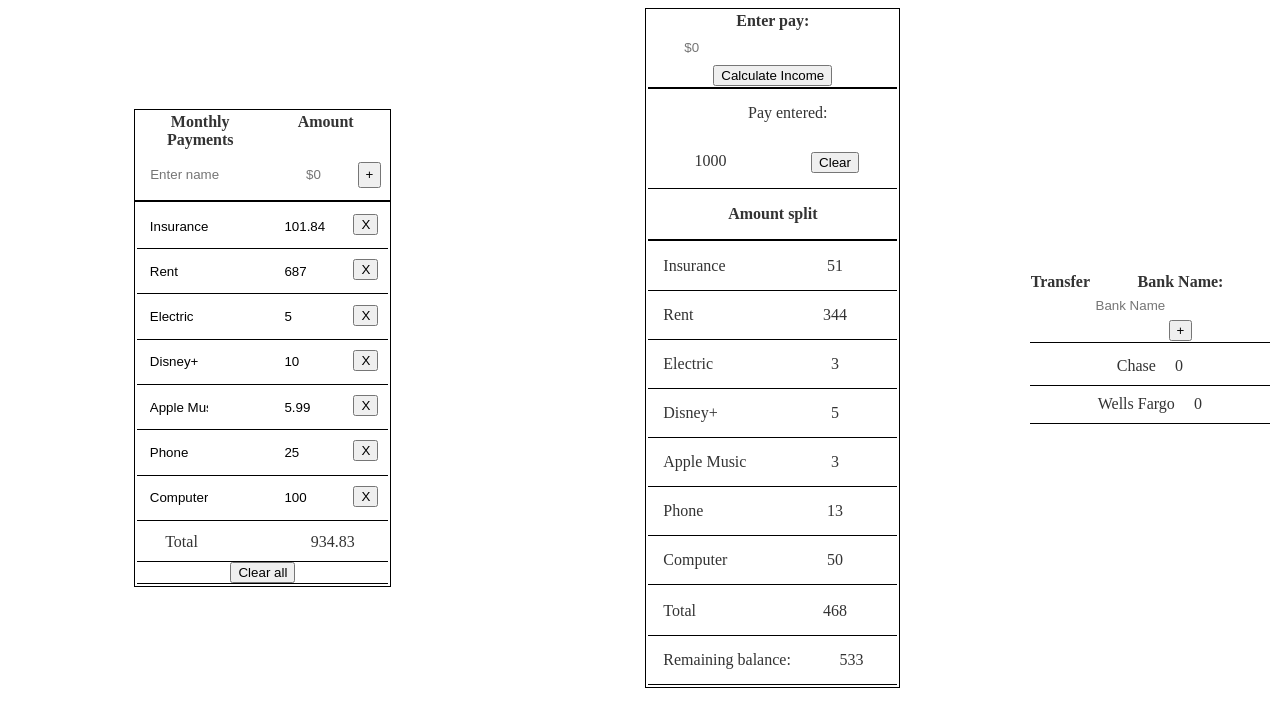
Repository: Kayla-amr/final-project-vue
Page: /
The author's editor kept a copy of each file at every save. The page is drawn from the files as they stood at one save, then again after a run of saves.
The browser window is 1280 px wide. The pictures show the whole page.
The project was rebuilt for these pictures with package versions that can differ from the ones it lists, and the page was loaded fresh each time. Also part of the build but not shown: vite.config.js.

Above is the page before, as saved 2023-04-11 17:33:23.

### src/App.vue
<script setup>
import OutcomeForm from './components/OutcomeForm.vue';
import DocumentBudget from './components/DocumentBudget.vue';
import SplitBudget from './components/SplitBudget.vue';
import BankTransfer from './components/BankTransfer.vue';


</script>

<template>
    <div id="app">
        <div class="budgetFormList">
            <outcome-form @add:budget="addBudgets" />
            <document-budget :budgets="budgets" />
        </div>
        <div class="incomeSplitList">
            <split-budget :budgets="budgets" @add:income="addIncomes" :incomes="incomes" />
        </div>
        <div class="bankTransferList">
            <bank-transfer @add:bank="addBanks" :budgets="budgets" :incomes="incomes" :banks="banks" />
        </div>
    </div>
</template>

<script>
export default {
    name: 'app',
    components: {
        OutcomeForm,
        DocumentBudget,
        SplitBudget,
        BankTransfer
    },
    data() {
        return {
            budgets: [
                {
                    id: 1,
                    name: "Insurance",
                    amount: 101.84,
                    selected: false
                },
                {
                    id: 2,
                    name: "Rent",
                    amount: 687,
                    selected: false
                },
                {
                    id: 3,
                    name: "Electric",
                    amount: 5,
                    selected: false
                },
                {
                    id: 4,
                    name: "Disney+",
                    amount: 10,
                    selected: false
                },
                {
                    id: 5,
                    name: "Apple Music",
                    amount: 5.99,
                    selected: false
                },

                {
                    id: 6,
                    name: "Phone",
                    amount: 25,
                    selected: false
                },
                {
                    id: 7,
                    name: "Computer",
                    amount: 100,
                    selected: false
                }
            ],
            incomes: [
                {
                    id: 1,
                    amount: 1000,
                }

            ],
            banks: [
                {
                    id: 1,
                    name: "Chase",
                    amount: 0,
                },
                {
                    id: 2,
                    name: "Wells Fargo",
                    amount: 0,
                }
            ]
        }
    },

    //map method  or filter

    //property in object true or false



    methods: {
        addBudgets(budget) {
            const addId = this.budgets.length > 0 ? this.budgets[this.budgets.length - 1].id : 0;
            const id = addId + 1;

            const newBudgets = {
                id,
                ...budget
            }

            this.budgets = [...this.budgets, newBudgets]

        },
        addIncomes(income) {
            const addId = this.incomes.length > 0 ? this.incomes[this.incomes.length - 1].id : 0;
            const id = addId + 1;

            const newIncomes = {
                id,
                ...income
            }

            this.incomes = [...this.incomes, newIncomes]
        },
        addBanks(bank) {
            const addId = this.banks.length > 0 ? this.banks[this.banks.length - 1].id : 0;
            const id = addId + 1;

            const newBanks = {
                id,
                ...bank
            }

            this.banks = [...this.banks, newBanks]
        },
        transferHere(selectedBudget, selectedBank) {
            const budget = this.budgets.find((b) => b.id === selectedBudget.id);
            const bank = this.banks.find((b) => b.id === selectedBank.id);

            bank.amount += budget.amount;
            budget.amount = 0;

            this.budgets = [...this.budgets];
            this.banks = [...this.banks];
        },


    }
}
</script>

<style>
#app {
    display: flex;
    flex-direction: row;
    align-items: center;
    width: 100%;
    height: 100%;
    color: #333;
}

.budgetFormList {
    width: 100%;
}

.incomeSplitList {
    width: 100%;
}
</style>

### src/components/OutcomeForm.vue
<template>
  <div>
    <form @submit.prevent="handleSubmit" class="outcomeForm">
      <table>
        <thead>
          <tr>
            <th>Monthly Payments</th>
            <th>Amount</th>
          </tr>
        </thead>
        <tbody>
          <tr>
            <td>
              <input class="name" type="text" v-model="budgets.name" placeholder="Enter name...">
            </td>
            <td class="otd">
              <input class="amount" type="text" v-model="budgets.amount" placeholder="$0" />

              <button type="submit">+</button>
            </td>
          </tr>
        </tbody>
      </table>
    </form>
  </div>
</template>

//Look for string in total and make them numbers

<script>

export default {
  name: 'outcome-form',
  data() {
    return {
      budgets: {
        name: "",
        amount:""
      }
    }
  },
  methods: {
    handleSubmit() {
      const budget = {
        name: this.budgets.name,
        amount: this.budgets.amount
      }
      this.$emit('add:budget', budget)
    }
  }
}
</script>

<style>
table{
    width: 100%;
}
.outcomeForm {
    margin: 0 auto;
    width: 50%;
    border: 1px solid black;
    border-collapse: collapse;
}

.outcomeForm th{
  width: 100%;
}
.otd {
  display: flex;
}
.outcomeForm tr{
    border: none;
    justify-content: space-between;

}

input{
  padding: 2% 0;
  margin: 2% ;
  width: inherit;
  border: none;
}

.name{
    width: 50%;
}
.amount{
    width: 50px;
}
</style>

### src/components/DocumentBudget.vue
<template>
    <div class="document-budget">
        <table>
            <tbody>
                <tr class="budgetList" v-for="budget in budgets" :key="budget.id">
                    <td class="name"> <input type="text" v-model="budget.name"></td>
                    <td class="amount"><input type="text" v-model="budget.amount"></td>
                    <td><button @click="removeBudget(budget.id)">X</button></td>
                </tr>
            </tbody>
            <tfoot>
                <tr>
                    <td class="name">Total</td>
                    <td class="amount">{{ total }}</td>
                </tr>
                <tr><button @click="clearAll()">Clear all</button></tr>
            </tfoot>
        </table>
    </div>

</template>

<script>
export default {
    name: 'document-budget',
    props: {
        budgets: Array
    },
    computed: {
        total() {
    return this.budgets.reduce((total, budget) => {
      return total + parseFloat(budget.amount)
    }, 0)
  }

    },
    methods: {
        removeBudget(id) {
            const index = this.budgets.findIndex(budget => budget.id === id)
            this.budgets.splice(index, 1)
        },
        clearAll(){
            this.budgets.splice(0, this.budgets.length)
        },
    }
}
</script>

<style>
.document-budget {
    margin: 0 auto;
    width: 50%;
    border: 1px solid black;
    border-collapse: collapse;
}
tr{
    width: 100%;
    display: flex;
    border: none;
    justify-content: center;
    border-bottom: 1px solid black;

}
td{
    border: none;
    padding: 2%;
    margin: 2%;
}

tfoot td{
    width: 100%;
}
.document-budget .amount button{
    margin-left: 10px;
}
.amount{
    display: flex;
    flex-direction: row;
    align-items: center;
}

.budgetDivided{
    width: 20%;
}

.budgetDivided td{
    padding: 10px;
    display: flex;
    justify-content: center;
}

</style>

### src/components/SplitBudget.vue
<template>
    <div>
        <table>
            <thead>

            </thead>
            <tbody>

            </tbody>
        </table>
    </div>
    <div>
        <table class="budgetDivided">
            <thead>
                <tr>
                    <th>
                        <form @submit.prevent="handleSubmit">
                            <label for="amount">Enter pay:</label>
                            <input type="text" id="amount" v-model="income.amount" placeholder="$0" />
                            <button type="submit">Calculate Income</button>
                        </form>
                    </th>
                </tr>

                <td>Pay entered: </td>
                <tr v-for="income in incomes" :key="income.id">
                    <td>{{ income.amount }}</td>
                    <td> <button type="delete" @click="deleteIncome(income.id)">Clear</button></td>
                </tr>
                <tr>
                    <th>
                    <td>Amount split</td>
                    </th>

                </tr>

            </thead>
            <tbody>
                <tr v-for="budget in budgets" :key="budget.id">

                    <td class="name">{{ budget.name }}</td>
                    <td>
                        {{ Math.ceil(budget.amount / 2) }}
                    </td>
                </tr>
            </tbody>
            <tfoot>
                <tr>
                    <td class="name">Total</td>
                    <td class="amount totalDivided">{{ Math.ceil(totalDivided) }}</td>
                </tr>
                <tr v-for="income in incomes" :key="income.id">
                    <td>Remaining balance:</td>
                    <td>{{ Math.ceil(income.amount - totalDivided) }}</td>
                </tr>
            </tfoot>
        </table>
    </div>
</template>

<script>
export default {
    name: 'split-budget',
    props: {
        budgets: Array,
        incomes: Array,
        banks: Array
    },
    emits: ['add:income'],
    computed: {
        total() {
            return this.budgets.reduce((total, budget) => {
                return total + budget.amount
            }, 0)
        },
        totalDivided() {
            return this.budgets.reduce((total, budget) => {
                return total + budget.amount / 2
            }, 0)
        }

    },
    data() {
        return {
            income: {
                name: '',
                amount: ''
            }
        }
    },
    methods: {
        handleSubmit() {
            this.$emit('add:income', this.income)
            this.income = {
                name: '',
                amount: ''
            }
        },
        deleteIncome(id) {
            const index = this.incomes.findIndex(income => income.id === id)
            this.incomes.splice(index, 1)
        },
    }
}
</script>

<style>
.budgetDivided {
    margin: 0 auto;
    width: 50%;
    border: 1px solid black;
}

.budgetDivided th {
    width: 100%;
    display: flex;
    justify-content: center;
    border-bottom: 1px solid black;
}

.budgetDivided td {
    width: 100%;
    display: flex;
    white-space: nowrap;
}

.budgetDivided .name {
    display: flex;
    justify-content: flex-start;
}
</style>

### src/components/BankTransfer.vue
<template>
    <div>
        <form @submit.prevent="handleSubmit">
            <table>
                <thead>
                    <tr>
                        <th>
                            Transfer
                        </th>
                        <th>
                            <label for="name">Bank Name:</label>
                            <input type="text" id="bankName" v-model="bank.name" placeholder="Bank Name" />
                            <button type="submit">+</button>
                        </th>
                    </tr>
                </thead>
            </table>
        </form>
    </div>
    <div>
        <table>
            <tbody>

                <tr v-for="bank in banks" :key="bank.id" @click="selectBank(bank)">
                    <td>{{ bank.name }}</td>
                    <td>{{ bank.amount }}</td>
                </tr>

            </tbody>
        </table>
    </div>
</template>

<script>
export default {
    name: 'bank-transfer',
    props: {
        banks: Array
    },
    emits: ['add:bank'],
    computed: {
        total() {
            return this.banks.reduce((total, bank) => total + bank.amount, 0)
        }

    },
    data() {
        return {
            bank: {
                name: '',
                amount: 0
            },
            selectedBudget: null,
            selectedBank: null,
        }
    },
    methods: {
        removeBank(id) {
            const index = this.banks.findIndex(bank => bank.id === id)
            // eslint-disable-next-line vue/no-mutating-props
            this.banks.splice(index, 1)
        },
        handleSubmit() {
            this.$emit('add:bank', this.bank)
            this.bank = {
                name: "",
                amount: 0
            }
        },
        selectBudget(budget) {
            this.selectedBudget = budget;
        },
        selectBank(bank) {
            this.selectedBank = bank;
        }

    }
}
</script>

Loaded but not shown: index.html (common file); src/main.js (common file)

After the next 2 saves:
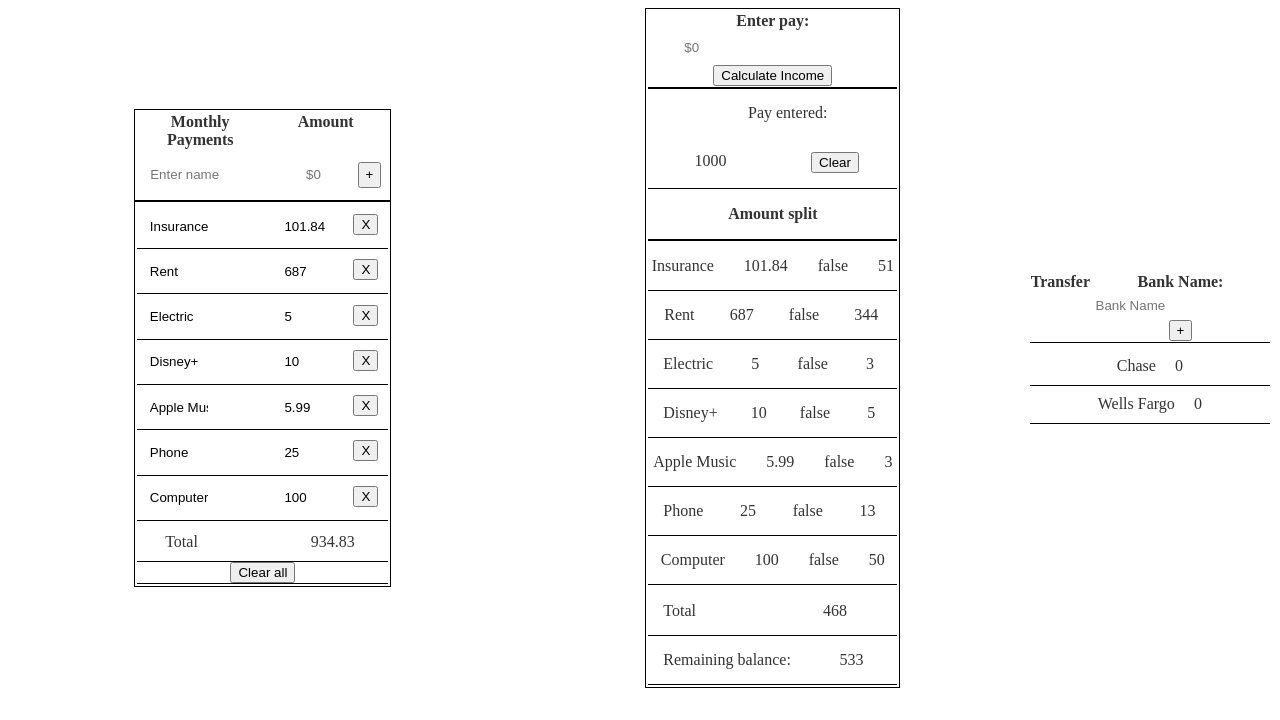
The 2 saves are shown as one change because 1 did not build or start.
The last was saved 15 s later.
--- a/src/components/SplitBudget.vue
+++ b/src/components/SplitBudget.vue
@@ -36,9 +36,11 @@
 
             </thead>
             <tbody>
-                <tr v-for="budget in budgets" :key="budget.id">
 
-                    <td class="name">{{ budget.name }}</td>
+                <tr v-for="budget in budgets" :key="budget.id" @click="selectBudget(budget)">
+                    <td>{{ budget.name }}</td>
+                    <td>{{ budget.amount }}</td>
+                    <td>{{ budget.selected }}</td>
                     <td>
                         {{ Math.ceil(budget.amount / 2) }}
                     </td>
